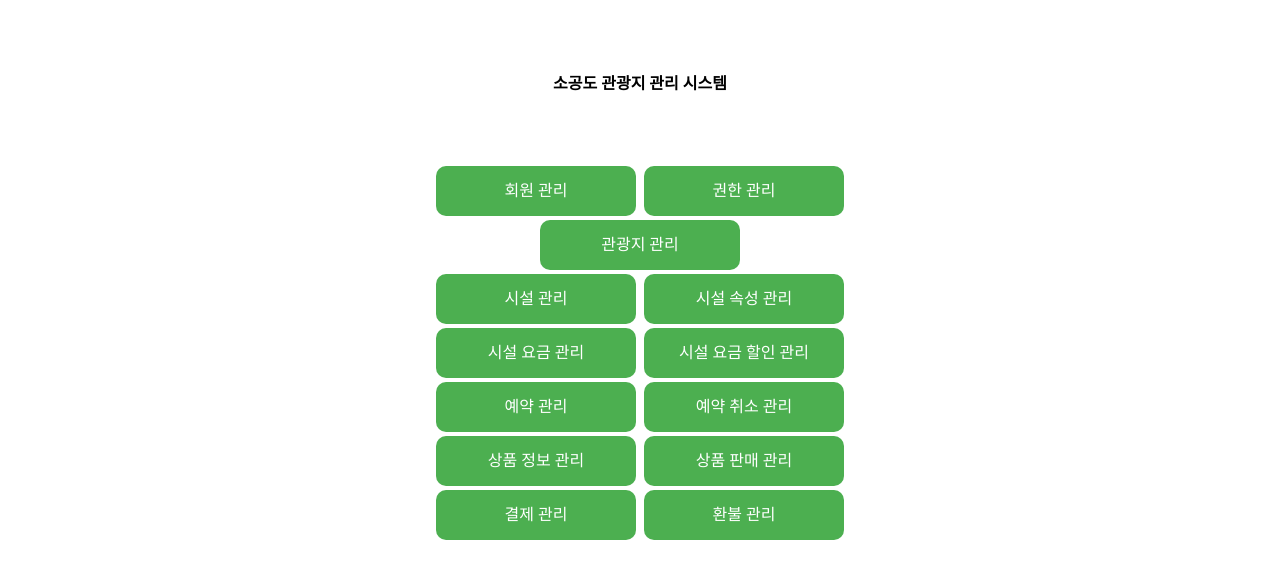
Repository: psyoongsc/SogongDo_Facility
Page: http://localhost/SogongDo_Management_System/
These files come from the project's save history. The page is drawn as it stood at one moment and after the next save; the edit follows.
The browser window is 1280 px wide. The pictures show the whole page.
The page is served by Tomcat 9. Nobody is signed in. The application's start-up code is not run.

Above is the page before, as saved 2020-06-25 14:47:37.

After the next save:
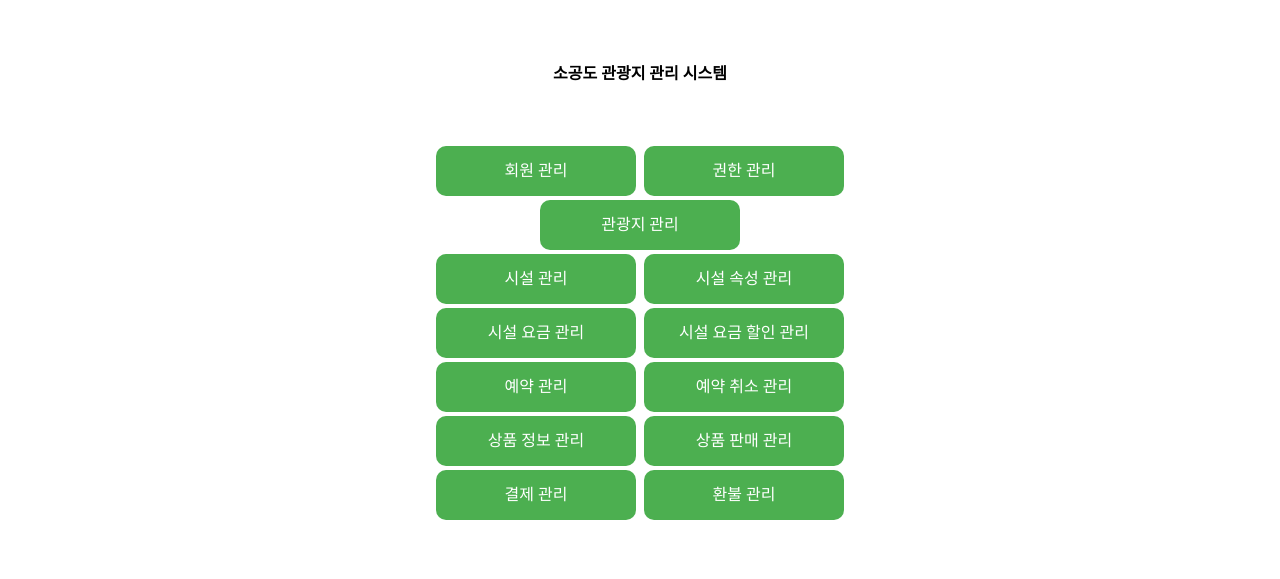
Saved 20 s later.
--- a/SogongDo_Management_System/WebContent/index.jsp
+++ b/SogongDo_Management_System/WebContent/index.jsp
@@ -31,7 +31,8 @@ a:visited {
 
 .title {
 	font-weight: bold;
-	margin: 70px 0px;
+	margin: 50px 0px;
+	padding: 10px 0px;
 }
 </style>
 </head>
